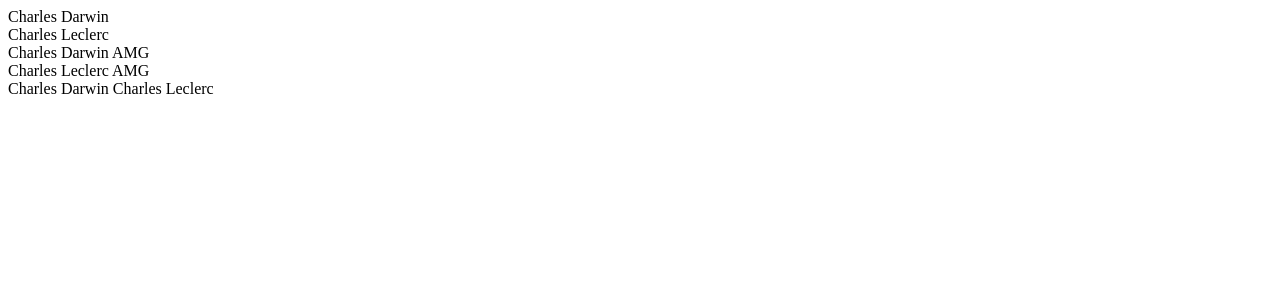
Repository: raghav3003/Simplilearn_phase4
Page: Javascript_phase_4_programs/public/prototype.html
These files come from the project's save history. The page is drawn as it stood at one moment and after the next save; the edit follows.
The browser window is 1280 px wide. The pictures show the whole page.

Above is the page before, as saved 2021-06-29 10:09:32.

After the next save:
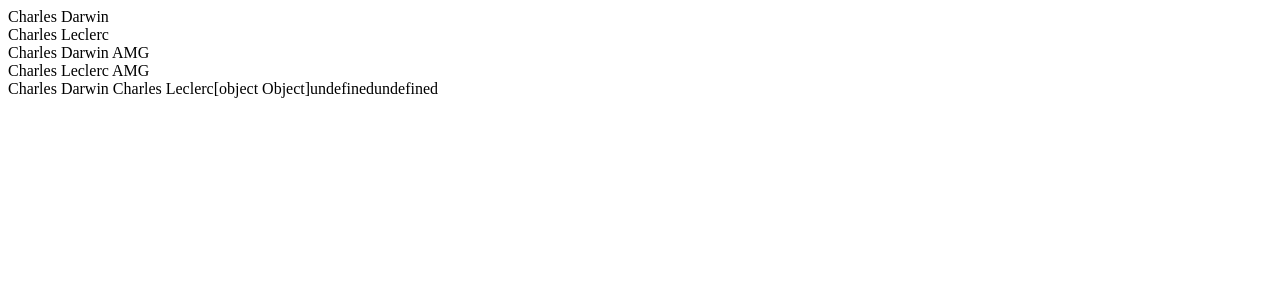
Saved 41 s later.
--- a/Javascript_phase_4_programs/public/prototype.html
+++ b/Javascript_phase_4_programs/public/prototype.html
@@ -50,6 +50,11 @@
 	alert(studObj3.age);
 
 	var studObj = new Student();
+	document.write(Student.prototype);
+	document.write(studObj.prototype);
+	document.write(studObj._proto_);
+
+
 
 
 	function Stud () {
